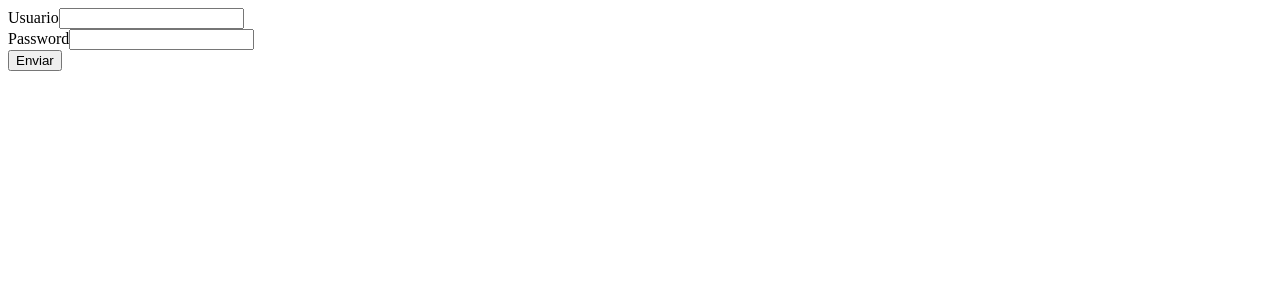
Repository: sebitaas96/JAVAJEE
Page: http://localhost/Ejercicios/ejercicio10
These files come from the project's save history. The page is drawn as it stood at one moment and after a run of saves; the edit follows.
The browser window is 1280 px wide. The pictures show the whole page.
The page is served by Tomcat 9.

Above is the page before, as saved 2022-01-21 08:11:08.

After the next 4 saves:
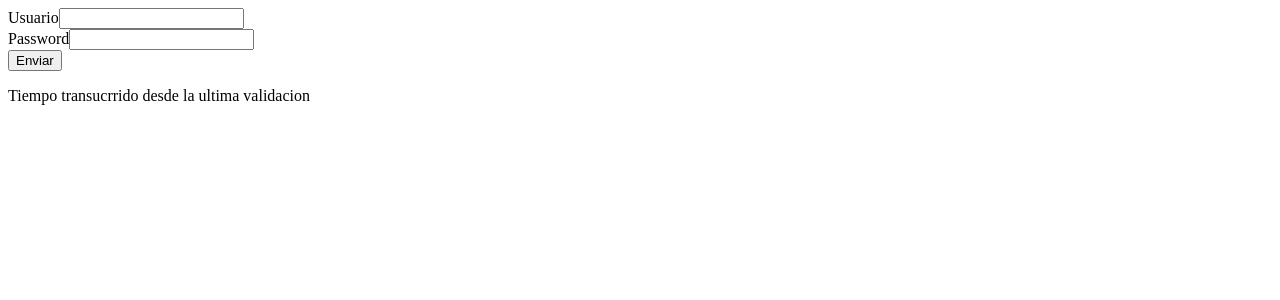
The 4 saves are shown as one change because 3 did not build or start.
The last was saved 95 s later.
--- a/Ejercicios/src/main/java/org/ssirbu/cookies/ejercicio10.java
+++ b/Ejercicios/src/main/java/org/ssirbu/cookies/ejercicio10.java
@@ -21,9 +21,21 @@ public class ejercicio10 extends HttpServlet {
 
 
 	protected void doGet(HttpServletRequest request, HttpServletResponse response) throws ServletException, IOException {
+		String tiempofinal = "";
+
+		Cookie[]tiempo = request.getCookies();
+		if(tiempo !=null && tiempo.length>0) {
+			tiempofinal = obtenerCooki(tiempo);
+
+		}
+		else {
+			Cookie nValidacion = new Cookie("nValidacion","0");
+			response.addCookie(nValidacion);
+		}
 
 
-		Cookie[]tiempo = request.getCookies();
+
+
 		response.setContentType("text/html");
 		PrintWriter pw=response.getWriter();
 		pw.println("<html>"+
@@ -39,14 +51,7 @@ public class ejercicio10 extends HttpServlet {
 					+ "<input type='password' name='pwd' id='pwd'><br/>"
 					+ "<input type='submit' value='Enviar'/></form>");
 
-					if(tiempo !=null && tiempo.length>0) {
-						String tiempofinal = obtenerCooki(tiempo);
-						pw.println("<p>Tiempo transucrrido desde la ultima validacion "+tiempofinal+"</p>");
-					}
-					else {
-						Cookie nValidacion = new Cookie("nValidacion","0");
-						response.addCookie(nValidacion);
-					}
+				pw.println("<p>Tiempo transucrrido desde la ultima validacion "+tiempofinal+"</p>");
 
 				pw.println("</body></html>");
 
